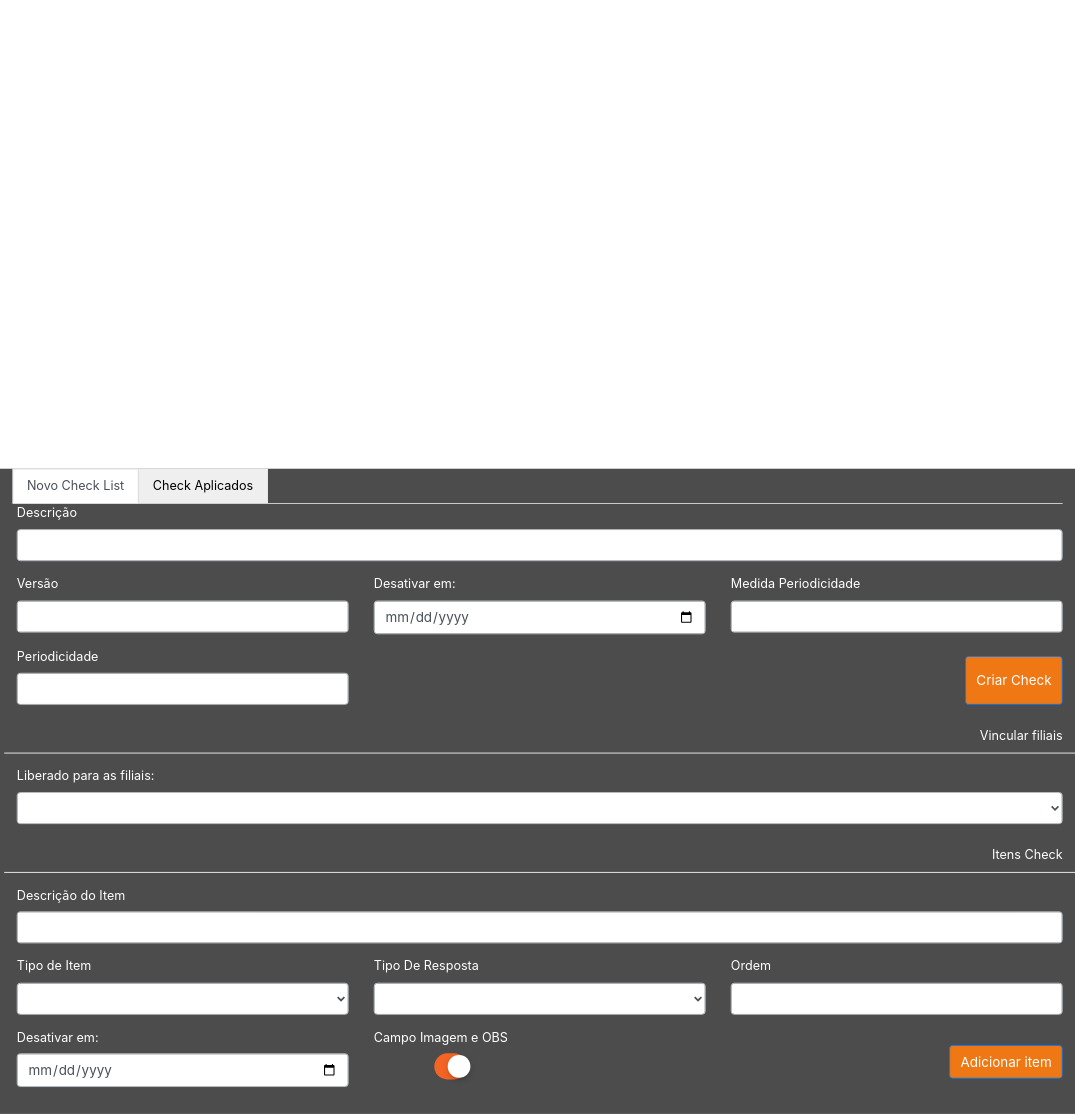
Repository: Conlog-SA/portal_operacional
Page: apps/safety_layout_checklist_app/templates/safety_layout_checklist_app/form_cad_layout_checklist.html
The author's editor kept a copy of each file at every save. The page is drawn from the files as they stood at one save, then again after the next save.
The browser window is 1280 px wide. The pictures show the whole page, at 84% of full size.
The template is drawn by Django 3.2. The application's start-up code is not run. The template is opened directly, without the code that normally fills it, so the values that code supplies are empty.

Above is the page before, as saved 2023-11-16 16:24:49.

After the next save:
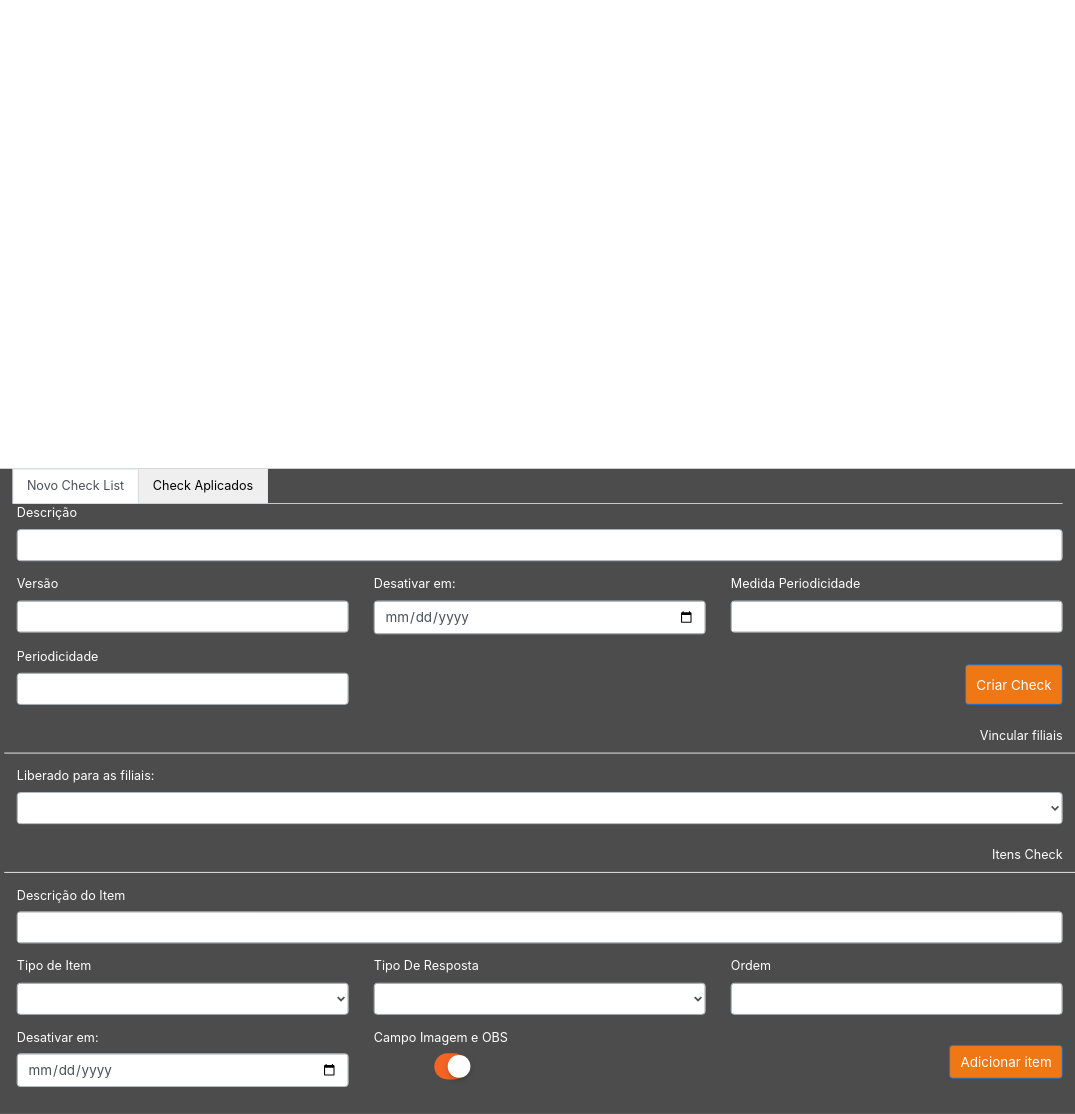
Saved 4 s later.
--- a/apps/safety_layout_checklist_app/templates/safety_layout_checklist_app/form_cad_layout_checklist.html
+++ b/apps/safety_layout_checklist_app/templates/safety_layout_checklist_app/form_cad_layout_checklist.html
@@ -63,7 +63,7 @@
                               <input type="text" class="form-control" id="periodicidade_new_check">
                             </div>
                              <div class="form-group col-sm-8 w-15 d-flex justify-content-end" style="margin-top:10px; margin-botton:10px">
-                                <button type="button" class="btn btn-primary btn-form btn-cadastro" id="btn_new_check" name="btn_new_check" style="padding-bottom:5px; padding-top:5px;"> Criar Check </button>
+                                <button type="button" class="btn btn-primary btn-form btn-cadastro" id="btn_new_check" name="btn_new_check" style="margin-top:10px; margin-botton:10px"> Criar Check </button>
                              </div>
                              <div class="form-group col-sm-12 d-flex justify-content-end divider">
                                 <label>Vincular filiais</label>
